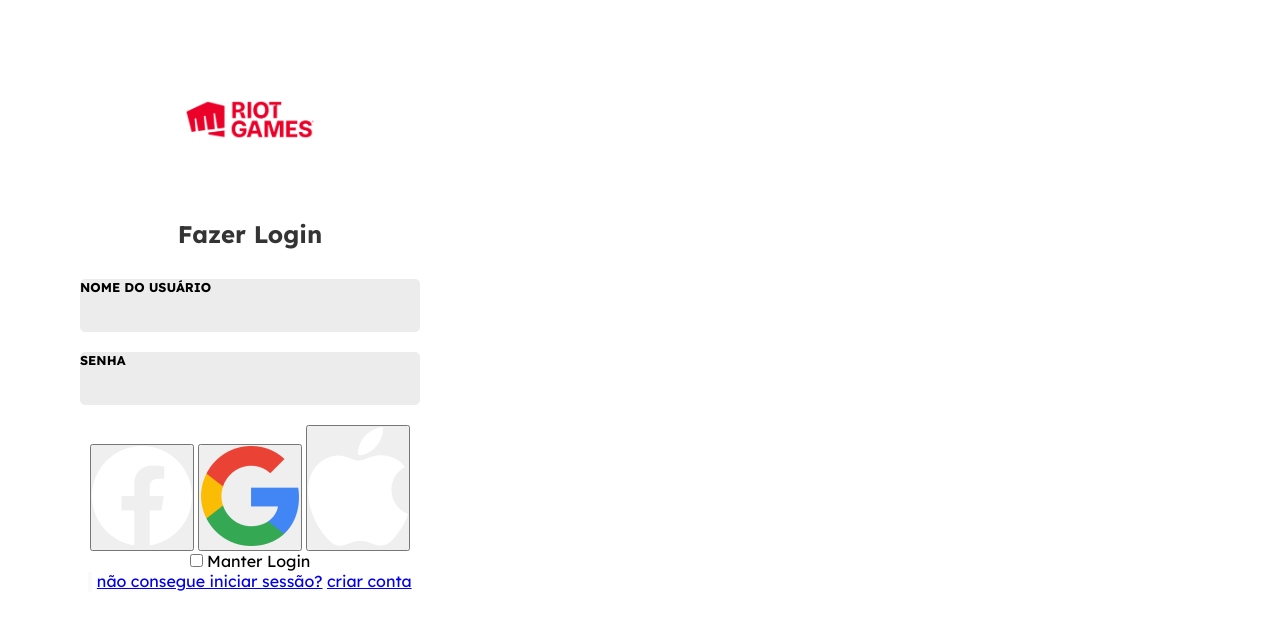
Repository: guilhermecardoso93/lolpage
Page: index.html
These files come from the project's save history. The page is drawn as it stood at one moment and after the next save; the edit follows.
The browser window is 1280 px wide. The pictures show the whole page.

Above is the page before, as saved 2022-06-11 21:00:59.

### index.html
<!DOCTYPE html>
<html lang="pt-BR">
  <head>
    <meta charset="UTF-8" />
    <meta http-equiv="X-UA-Compatible" content="IE=edge" />
    <link rel="shortcut icon" href="favicon.ico" type="image/x-icon" />
    <meta name="viewport" content="width=device-width, initial-scale=1.0" />
    <link rel="stylesheet" href="./style.css" />
    <title>League of Legends - Login</title>
  </head>
  <body>
    <main>
      <section class="login">
        <img src="./assets/logo.png" alt="Logo Riot Games" class="login_logo" />
        <h1 class="login_title">Fazer Login</h1>
        <label for="" class="login_label">
          <span>nome do usuário</span>
          <input type="text" name="username" class="input" />
        </label>
        <label for="" class="login_label">
          <span>senha</span>
          <input type="password" name="password" class="input" />
        </label>
        <div class="login_icons">
          <button type="button" class="icons_button">
            <img src="./assets/facebook-icon.png" alt="facebook" />
          </button>
          <button type="button" class="icons_button">
            <img src="./assets/google-icon.png" alt="google" />
          </button>
          <button type="button" class="icons_button">
            <img src="./assets/apple-icon.png" alt="apple" />
          </button>
        </div>
        <label for="" class="login-label--checkbox">
          <input type="checkbox" class="input--checkout" />
          Manter Login
        </label>
        <div class="wrapper">
          <button type="button" class="login__button" disabled>
            <svg xmlns="http://www.w3.org/2000/svg" viewBox="0 0 448 512">
              <path
                d="M438.6 278.6l-160 160C272.4 444.9 264.2 448 256 448s-16.38-3.125-22.62-9.375c-12.5-12.5-12.5-32.75 0-45.25L338.8 288H32C14.33 288 .0016 273.7 .0016 256S14.33 224 32 224h306.8l-105.4-105.4c-12.5-12.5-12.5-32.75 0-45.25s32.75-12.5 45.25 0l160 160C451.1 245.9 451.1 266.1 438.6 278.6z"
              />
            </svg>
          </button>

          <a href="#" class="login__link">não consegue iniciar sessão?</a>
          <a href="#" class="login__link">criar conta</a>
        </div>
      </section>
      <section class="wallpaper"></section>
    </main>
  </body>
  <script src="./script.js"></script>
</html>

### style.css
@import url("https://fonts.googleapis.com/css2?family=Lexend+Deca:wght@300;400;500;600;700&display=swap");

* {
  margin: 0;
  padding: 0;
  box-sizing: border-box;
  font-family: "Lexend Deca", sans-serif;
}

:root {
  --white: #fff;
  --whitesmoke: #f9f9f9;
  --light-grey: #ececec;
  --grey: #c4c4c4;
  --medium-grey: #a7a7a7;
  --deep-grey: #343434;
  --black: #000000;
  --blue: #1b77f3;
  --red: #cf3c3f;
}

.login {
  display: flex;
  flex-direction: column;
  align-items: center;
  padding: clamp(35px, 8%, 80px);
  width: 100%;
  max-width: 500px;
  min-height: 100vh;
}

.login_logo {
  width: 130px;
  margin-bottom: 80px;
  margin-top: 20px;
}

.login_title {
  color: var(--deep-grey);
  font-size: 1.5rem;
  margin-bottom: 30px;
}

.login_label {
  display: block;
  margin-bottom: 20px;
  width: 100%;
}

.input {
  width: 100%;
  background-color: var(--light-grey);
  border: none;
  border-radius: 5px;
  outline: none;
  font-size: 0.9rem;
  padding: 25px 10px 10px;
  font-weight: 600;
  color: var(--deep-grey);
}

.login_label span{
  position: absolute;
  font-size: 0.8rem;
  font-weight: 700;
  text-transform: uppercase;
  color:var(--medium-grey)
  padding: 10px;

}

Loaded but not shown: script.js (no stored copy; drawn as an empty file)

After the next save:
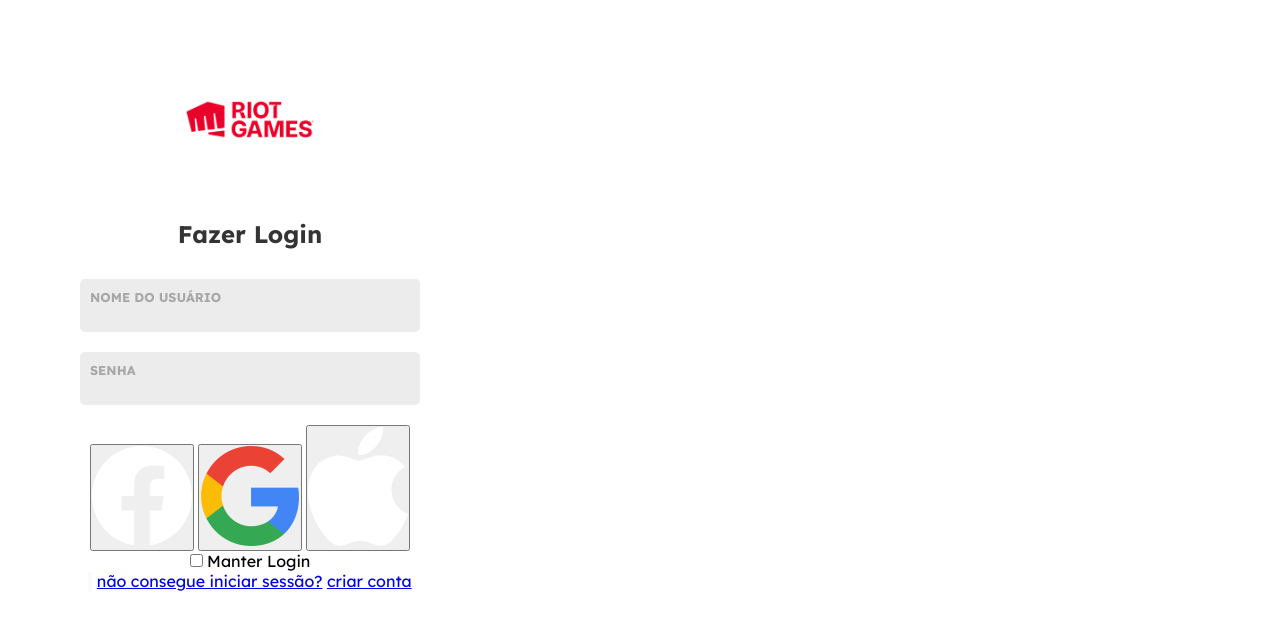
Saved 4 s later.
--- a/style.css
+++ b/style.css
@@ -64,7 +64,7 @@
   font-size: 0.8rem;
   font-weight: 700;
   text-transform: uppercase;
-  color:var(--medium-grey)
+  color:var(--medium-grey);
   padding: 10px;
 
 }
